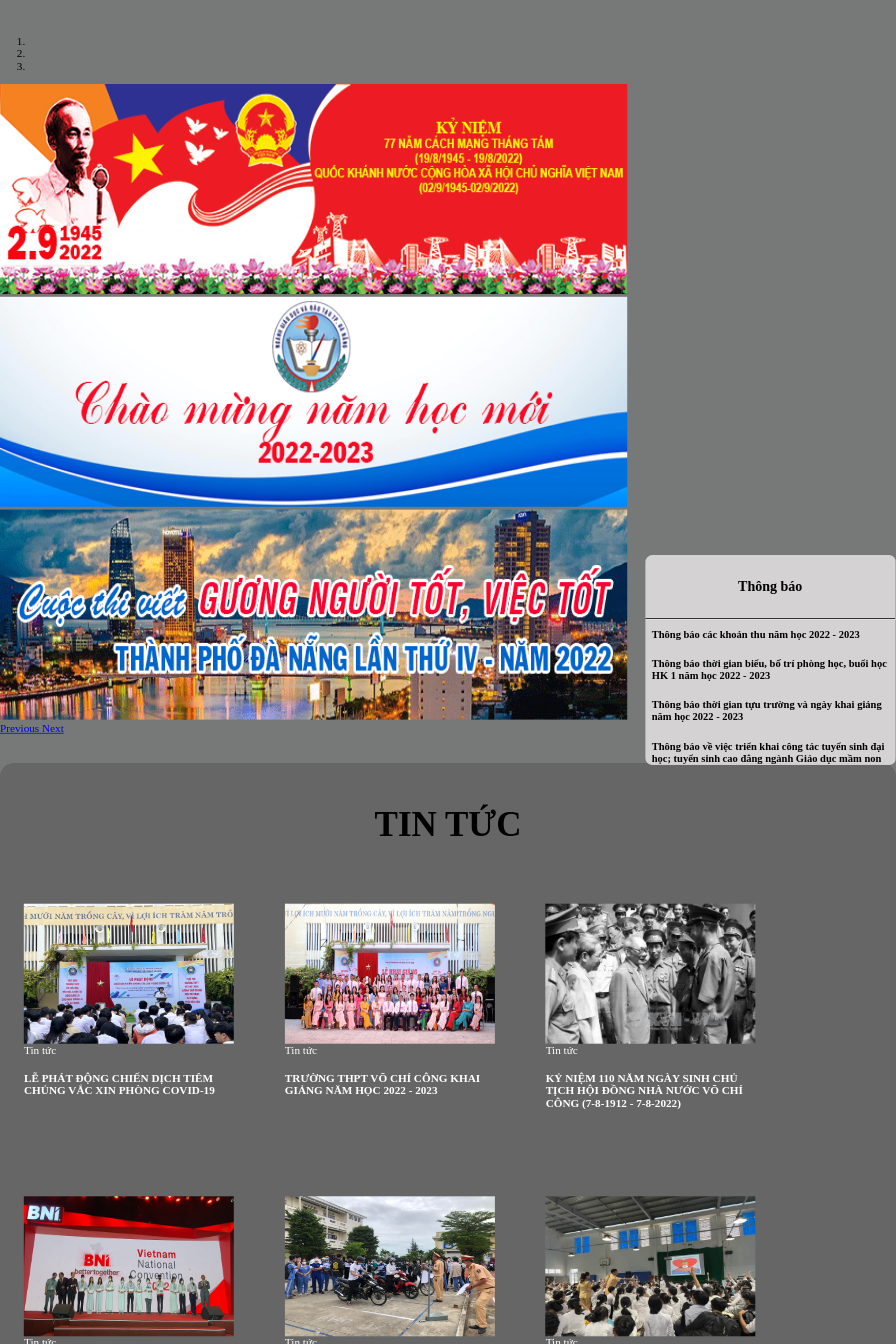
Repository: dphasst17/THPTVCC
Page: home.html
These files come from the project's save history. The page is drawn as it stood at one moment and after the next save; the edit follows.
The browser window is 1280 px wide. The pictures show the part of the page from y = 0 to 1920 px (the page is 3809 px tall before and 3090 px after), at 70% of full size.

Above is the page before, as saved 2022-10-14 09:58:52.

### home.html
<!DOCTYPE html>
<html lang="en">
<head>
    <meta charset="UTF-8">
    <meta http-equiv="X-UA-Compatible" content="IE=edge">
    <meta name="viewport" content="width=device-width, initial-scale=1.0">
    <link rel="stylesheet" href="style.css">
    <title>Document</title>
</head>
<body>
    <div class="container">
        <div id="myCarousel" class="carousel slide" data-ride="carousel">
            <!-- Indicators -->
            <ol class="carousel-indicators">
              <li data-target="#myCarousel" data-slide-to="0" class="active"></li>
              <li data-target="#myCarousel" data-slide-to="1"></li>
              <li data-target="#myCarousel" data-slide-to="2"></li>
            </ol>

            <!-- Wrapper for slides -->
            <div class="carousel-inner">
              <div class="item active">
                <img src="img/1.png" alt="Los Angeles" style="width:100%;height:300px;">
              </div>

              <div class="item">
                <img src="img/2.png" alt="Chicago" style="width:100%;height:300px;">
              </div>

              <div class="item">
                <img src="img/3.gif" alt="New york" style="width:100%;height:300px;">
              </div>
            </div>

            <!-- Left and right controls -->
            <a class="left carousel-control" href="#myCarousel" data-slide="prev">
              <span class="glyphicon glyphicon-chevron-left"></span>
              <span class="sr-only">Previous</span>
            </a>
            <a class="right carousel-control" href="#myCarousel" data-slide="next">
              <span class="glyphicon glyphicon-chevron-right"></span>
              <span class="sr-only">Next</span>
            </a>
        </div>
        <div class="notification">
            <h5 style="text-align:center;color:#000;font-size:20px;">Thông báo</h5><hr style="margin:0;border-top: 1px solid #000;">
            <div class="noti_content">
                <h5>Thông báo các khoản thu năm học 2022 - 2023
                </h5>
                <h5>Thông báo thời gian biểu, bố trí phòng học, buổi học HK 1 năm học 2022 - 2023
                </h5>
                <h5>Thông báo thời gian tựu trường và ngày khai giảng năm học 2022 - 2023
                </h5>
                <h5>Thông báo về việc triển khai công tác tuyển sinh đại học; tuyển sinh cao đẳng ngành Giáo dục mầm non năm 2022
                </h5>
                <h5>Thông báo danh sách lớp 10, năm học 2022-2023
                </h5>
                <h5>Thông báo kết quả phúc khảo bài thi Kỳ thi tuyển sinh lớp 10 THPT năm học 2022 - 2023
                </h5>
                <h5>Thông báo kết quả phúc khảo bài thi Kỳ thi tuyển sinh lớp 10 THPT năm học 2022 - 2023
                </h5>
                <h5>Thông báo kết quả phúc khảo bài thi Kỳ thi tuyển sinh lớp 10 THPT năm học 2022 - 2023
                </h5>
                <h5>Thông báo kết quả phúc khảo bài thi Kỳ thi tuyển sinh lớp 10 THPT năm học 2022 - 2023
                </h5>
                <h5>Thông báo kết quả phúc khảo bài thi Kỳ thi tuyển sinh lớp 10 THPT năm học 2022 - 2023
                </h5>
            </div>
        </div>
        <div id="new" class="new">
            <h1><br/>TIN TỨC</h1>
            <div class="new_container">
                    <img src="img/tintuc/1.jpg" alt="">
                    <a>Tin tức</a>
                    <h4>LỄ PHÁT ĐỘNG CHIẾN DỊCH TIÊM CHỦNG VẮC XIN PHÒNG COVID-19</h4>
            </div>

            <div class="new_container">
                <img src="img/tintuc/2.jpg" alt="">
                <a>Tin tức</a>
                <h4>TRƯỜNG THPT VÕ CHÍ CÔNG KHAI GIẢNG NĂM HỌC 2022 - 2023</h4>
            </div>

            <div class="new_container">
                <img src="img/tintuc/3.jpg" alt="">
                <a>Tin tức</a>
                <h4>KỶ NIỆM 110 NĂM NGÀY SINH CHỦ TỊCH HỘI ĐỒNG NHÀ NƯỚC VÕ CHÍ CÔNG (7-8-1912 - 7-8-2022)</h4>
            </div>

            <div class="new_container">
                <img src="img/tintuc/5.jpg" alt="">
                <a>Tin tức</a>
                <h4>BNI Foundation Việt Nam tặng 12 xuất học bổng cho học sinh Trường THPT Võ Chí Công</h4>
            </div>

            <div class="new_container">
                <img src="img/tintuc/4.jpg" alt="">
                <a>Tin tức</a>
                <h4>NGÀY HỘI AN TOÀN GIAO THÔNG</h4>
            </div>

            <div class="new_container">
                <img src="img/tintuc/6.jpg" alt="">
                <a>Tin tức</a>
                <h4>Công an quận Ngũ Hành Sơn tổ chức buổi tuyên truyền pháp luật về TTATGT tại Trường THPT Võ Chí Công</h4>
            </div>

            <div class="new_container">
                <img src="img/tintuc/7.jpg" alt="">
                <a>Tin tức</a>
                <h4>Trường THPT Võ Chí Công tham quan, học tập tại nhà trưng bày Hoàng Sa và Bảo tàng Chăm vào ngày 24/4/2022.</h4>
            </div>

            <div class="new_container">
                    <img src="img/tintuc/8.jpg" alt="">
                    <a>Tin tức</a>
                    <h4>Kỉ niệm 91 năm ngày thành lập Đoàn TNCS Hồ Chí Minh (26/3/1931-26/3/2022)</h4>
            </div>
            <a href="./new/new.html" style="color:#000;float:right;font-size:25px;margin-right:20px;">Xem thêm</a>
        </div>
        <div id="document" class="document">
            <h1><br/>VĂN BẢN</h1>
            <div class="document_container">
                <img src="img/document/document.png" alt="">
                <a>Văn Bản</a>
                <h4>Công văn về việc tổ chức bồi dưỡng giáo viên sử dụng sách giáo khoa lớp 7, lớp 10 năm học 2022-2023</h4>
            </div>

            <div class="document_container">
                <img src="img/document/document.png" alt="">
                <a>Văn Bản</a>
                <h4>Cập nhật mã định danh cơ sở dữ liệu ngành giáo dục phổ thông đảm bảo sự đồng bộ giữa TEMIS và LMS</h4>
            </div>

            <div class="document_container">
                <img src="img/document/document.png" alt="">
                <a>Văn Bản</a>
                <h4>Kế hoạch dạy học trực tuyến cho học sinh (F0, F1 và có yếu tố dịch tễ)</h4>
            </div>

            <div class="document_container">
                <img src="img/document/document.png" alt="">
                <a>Văn Bản</a>
                <h4>Kế hoạch phòng, chống dịch Covid-19 và phương án xử trí khi có trường hợp mắc Covid-19 tiếp theo</h4>
            </div>

            <div class="document_container">
                <img src="img/document/document.png" alt="">
                <a>Văn Bản</a>
                <h4>Quyết định về việc điều chỉnh phân bổ dự toán chi ngân sách nhà nước năm 2021</h4>
            </div>

            <div class="document_container">
                <img src="img/document/document.png" alt="">
                <a>Văn Bản</a>
                <h4>Thông báo thời gian biểu dạy học trực tuyến từ ngày 22-11-2021 đến hết ngày 27-11-2021</h4>
            </div>
            <a href="./document/document.html" style="color:#000;float:right;font-size:25px;margin-right:20px;margin-top:-10px">Xem thêm</a>
        </div>
        <div id="admissions" class="admissions">
            <h1><br/>TUYỂN SINH</h1>
            <div class="admissions_container">
                <img src="img/tuyensinh/62bd6eef82783.png" alt="">
                <a>Tuyển sinh</a>
                <h4>THÍ SINH ĐỦ ĐIỂM CHUẨN VÀO TRƯỜNG THPT VÕ CHÍ CÔNG</h4>
            </div>

            <div class="admissions_container">
                <img src="img/tuyensinh/62bd721661331.png" alt="">
                <a>Tuyển sinh</a>
                <h4>Phiếu đăng kí nhập học vào Trường THPT Võ Chí Công năm học 2022-2023</h4>
            </div>

            <div class="admissions_container">
                <img src="img/tuyensinh/62105906d7bc2.png" alt="">
                <a>Tuyển sinh</a>
                <h4>Kế hoạch triển khai thực hiện Chương trình Giáo dục phổ thông năm 2018 đối với lớp 10, năm học 2022 - 2023</h4>
            </div>

            <div class="admissions_container">
                <img src="img/tuyensinh/611cfe00cd3bf.jpg" alt="">
                <a>Tuyển sinh</a>
                <h4>Kế hoạch thu nhận hồ sơ nhập học năm học 2022 - 2023</h4>
            </div>
            <a href="./admissions/admissions.html" style="color:#000;float:right;font-size:25px;margin-right:20px;">Xem thêm</a>
        </div>
    </div>
</body>
</html>

### style.css
html{
    scroll-behavior: smooth;
}
body{
    margin:0;
    text-decoration:none;
    background-color:rgb(119, 120, 120);
}
header{
    width:100%;
    height:100px;
    top:0;
    left:0;
    right:0;
    position:relative;
    z-index: 111;
}
.logo img{
    width:6%;
    margin:10px 30px;
    position:absolute;
}
.nav{
    position:absolute;
    width:51%;
    height:50px;
    background-color:rgb(103, 102, 102);
    border-radius:10px;
    margin:20px 170px;
}
.nav ul li{
    display:inline-block;
    width:120px;
    margin-left:15px;
    text-decoration:none;
    line-height: 44px;
    text-align:center;
}
.nav a{
    font-family: "Times New Roman", Times, serif;
    display:block;
    width:120px;
    height:50px;
    text-decoration:none;
    font-size:18px;
    color:black;
    line-height: 48px;
}
.search{
    width: 350px;
    height: 50px;
    position: absolute;
    background-color: rgb(103, 102, 102);
    margin-left: 66%;
    margin-top:20px;
    border-radius: 10px;
}
.search input{
    width:340px;
    height:40px;
    margin:5px;
    border-style:none;
    background-color:rgb(103, 102, 102);
    color:#fff;
    outline: none;
    font-size:15px;
}
.icon-search{
    position: absolute;
    background-color: transparent;
    border: 0 none;
    width: 10%;
    margin: -12% 85%;
}
.user{
    width:50px;
    height:50px;
    float:right;
    margin:20px 90px;
    border-radius:50px;
    background-color:rgb(103, 102, 102);
}
.user svg{
    width: 60%;
    margin: 5px 10px;
}
.user a{
    color:tan;
    text-decoration:none;
}
.user_infor{
    display:none;
    width:100px;
    height:100px;
    background-color: rgb(103, 102, 102);
    border-radius:10px;
    margin: 10px -25px;
    text-align:center;
}
.user_infor button{
    border:none;
    background-color:rgb(103, 102, 102);
}

#dark{
    width:45px;
    position:absolute;
    border:none;
    background-color:rgb(103, 102, 102);
    display:none;
    margin-top:23px;
    margin-left:95%;
    border-radius:50px;
}
#light{
    width:45px;
    position:absolute;
    border:none;
    background-color:rgb(103, 102, 102);
    display:block;
    margin-top:23px;
    margin-left:95%;
    border-radius:50px;
}
#dark svg{
    width:80%;
}
#light svg{
    width:80%;
}
iframe{
    width:100%;
    height:1500px;
    max-height:2000px;
}

/* main Page */
.container{
    width:100%;
    height:auto;
    margin:50px 0;
}
.carousel {
    position: relative;
    width: 70%;
}
.notification{
    width:28%;
    height:300px;
    float:right;
    border-radius:10px;
    margin-top:-20.1%;
    background: #f4f2f2bd;
    overflow: scroll;
    overflow-x:hidden;
}
.notification svg{
    position:absolute;
    width:15px;
    margin: 10px 140px;
}
.noti_content h5{
    text-decoration:none;
    font-size:15px;
    text-align: left;
    margin-left:10px;
    margin-top:13px;
}
.noti_content h5:hover{
    color:rgb(13, 37, 109);
}
.noti_content h8{
    position:absolute;
    font-size:10px;
    margin-top:10px;

}
.new{
    width:100%;
    height:1000px;
    background-color:rgb(103, 102, 102);
    margin-top:40px;
    border-radius:20px;
}
h1{
    color:black;
    text-align:center;
    font-size:50px;
}
.new_container{
    width:300px;
    height:350px;
    display:inline-flex;
    margin:25px 34.3px;
    flex-wrap: wrap;
    align-content: center;
}
.new_container img{
    width:300px;
    height:200px;
}
.new_container h4{
    color:#fff;
}
.new_container a{
    color:#fff;
    text-decoration:none;
}
.document{
    width:100%;
    height:900px;
    background-color:rgb(103, 102, 102);
    margin-top:40px;
    border-radius:20px;
}
.document img{
    width:300px;
    height:200px;
}
.document_container{
    width:300px;
    height:350px;
    display:inline-flex;
    margin: 10px 96.3px;
    flex-wrap: wrap;
    align-content: center;
}
.document_container h4{
    color:#fff;
}
.document_container a{
    color:#fff;
    text-decoration:none;
}
.admissions{
    width:100%;
    height:500px;
    background-color:rgb(103, 102, 102);
    margin-top:40px;
    border-radius:20px;
}
.admissions_container{
    width:300px;
    height:150px;
    display:inline-flex;
    margin: 70px 34px;
    flex-wrap: wrap;
    align-content: center;
}
.admissions_container img{
    width:300px;
    height:150px;
}
.admissions_container a{
    color:#fff;
    text-decoration:none;
}
.admissions_container h4{
    color:#fff;
}
.contact{
    width:100%;
    height:400px;
    background-color:rgb(64, 63, 63);
}
.contact h4{
    position:absolute;
    color:#fff;
    margin:50px 140px;
}
.contact p{
    color:#fff;
    text-align:center;
    font-size:30px;
}
.contact_container{
    display:inline-flex;
    width:90%;
    height:15%;
    margin-left:70px;
}
.svg {
    display:flex;
    position:absolute;
    width:80%;
    margin-top:30px;
}
.svg a{
    font-size: 20px;
    margin-left:50px;
    margin-top:10px;
    color:#fff;
}
.svg svg{
    width:2%;
}

### index.js
$(document).ready(function(){
    $('.user').click(function(){
        $('.user_infor').fadeToggle('user_info')
    })
})

/* Dark - Light mode */
$(document).ready(function(){
	$('#dark').click(function(){
    	$('body').css("background-color","rgb(119, 120, 120)")
        $('.nav, .search, .search>input, .user, #new, #document, #admissions').css("background-color","rgb(103, 102, 102)")
        $('.notification').css("background-color","#f4f2f2bd")
        $('.nav, .search, .user,#dark, .notification').css("border-style","none")
        $('h4').css("color","white")
        $('#dark').css("display","none")
        $('#light').css("display","block")
    });
    $('#light').click(function(){
    	$('body').css("background-color","rgb(239, 236, 236)")
        $('.nav, .search, .search>input, .user, .notification, #new, #document, #admissions, #dark').css("background-color","rgb(247, 246, 246)")
        $('.nav, .search, .user,#dark, .notification').css("border-style","solid")
        $('.search>input').css("color","#000")
        $('h4').css("color","black")
        $('#light').css("display","none")
        $('#dark').css("display","block")
    })
})


$(function(){
    var iFrames = $('iframe');

    function iResize()
    {
        for (var i = 0, j = iFrames.length; i < j; i++) {
        iFrames[i].style.height = iFrames[i].contentWindow.document.body.offsetHeight + 'px';}
    }

    if ($.browser.safari || $.browser.opera) {

           iFrames.load(function(){
               setTimeout(iResize, 0);
           });

           for (var i = 0, j = iFrames.length; i < j; i++) {
                var iSource = iFrames[i].src;
                iFrames[i].src = '';
                iFrames[i].src = iSource;
           }

    } else
    {
        iFrames.load(function() {
           this.style.height = this.contentWindow.document.body.offsetHeight + 'px';
        });
    }
 });

After the next save:
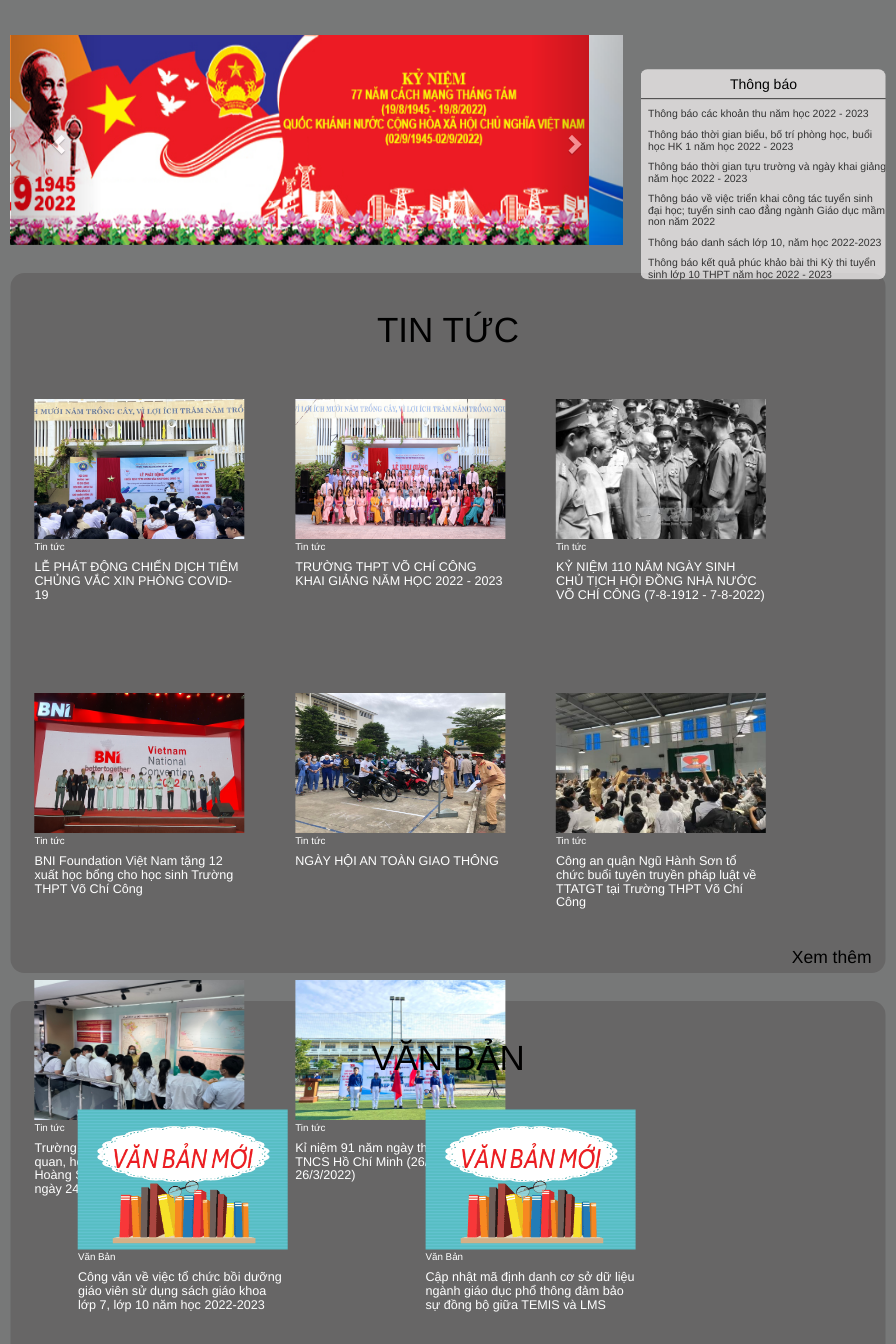
Console error: TypeError: Cannot read properties of undefined (reading 'safari')
Saved 24 s later.
--- a/home.html
+++ b/home.html
@@ -4,6 +4,10 @@
     <meta charset="UTF-8">
     <meta http-equiv="X-UA-Compatible" content="IE=edge">
     <meta name="viewport" content="width=device-width, initial-scale=1.0">
+    <link rel="stylesheet" href="https://maxcdn.bootstrapcdn.com/bootstrap/3.4.1/css/bootstrap.min.css">
+    <script src="https://ajax.googleapis.com/ajax/libs/jquery/3.6.0/jquery.min.js"></script>
+    <script src="https://maxcdn.bootstrapcdn.com/bootstrap/3.4.1/js/bootstrap.min.js"></script>
+    <script src="index.js"></script>
     <link rel="stylesheet" href="style.css">
     <title>Document</title>
 </head>
